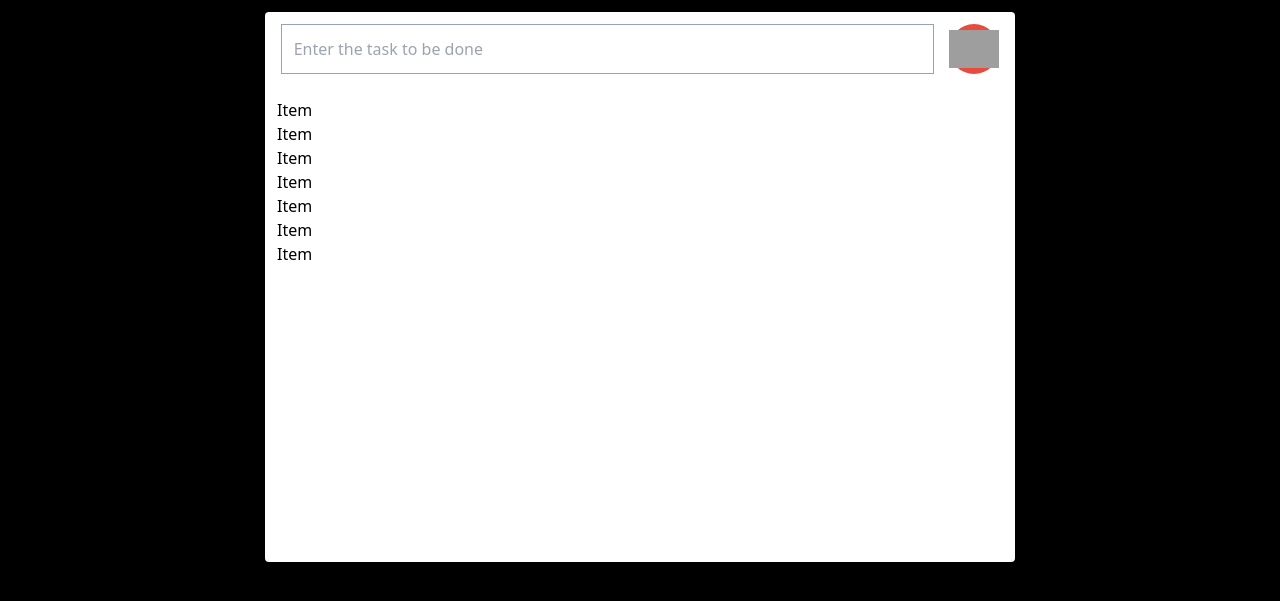
Repository: duttasayan835/todo-app-with-React-and-tailwind-CSS
Page: /
An editor plug-in stored every save of this project. The page is shown before and after the next save, followed by the edit.
The browser window is 1280 px wide. The pictures show the whole page.
Pictures or frames that could not be fetched are drawn as grey boxes. The project was rebuilt for these pictures with package versions that can differ from the ones it lists, and the page was loaded fresh each time.

Above is the page before, as saved 2024-06-12 11:09:36.

After the next save:
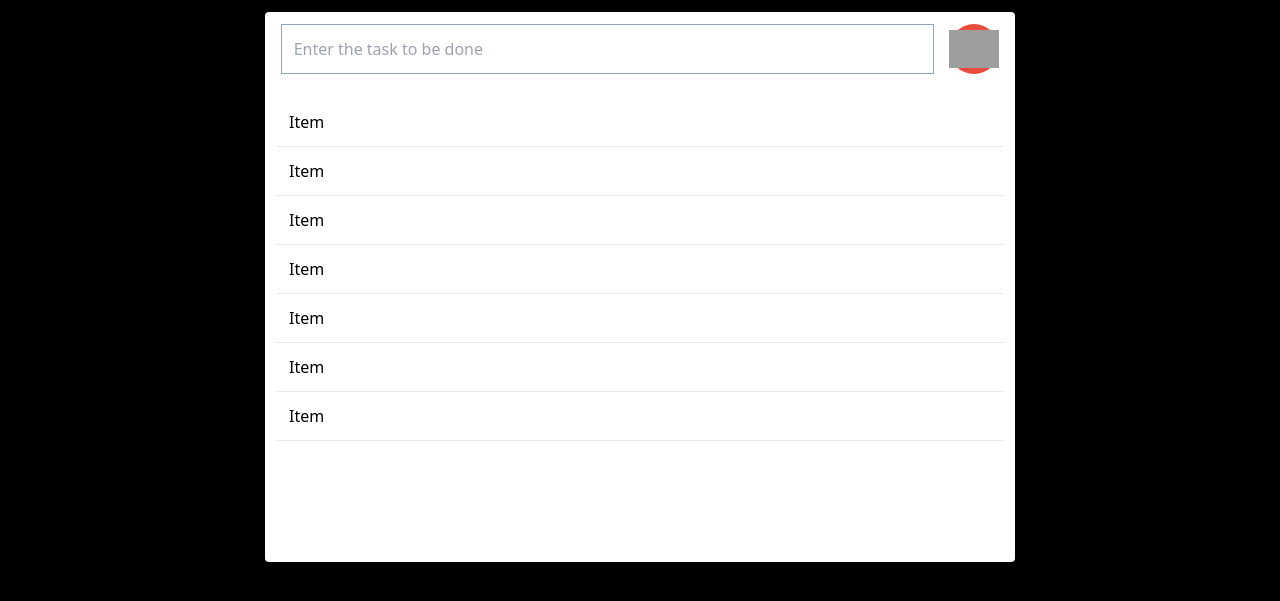
Saved 35 s later.
--- a/src/Components/Item.jsx
+++ b/src/Components/Item.jsx
@@ -1,5 +1,5 @@
 import React from "react";
 
 export default function Item() {
-  return <div>Item</div>;
+  return <div className="w-full p-3 border-b">Item</div>;
 }
